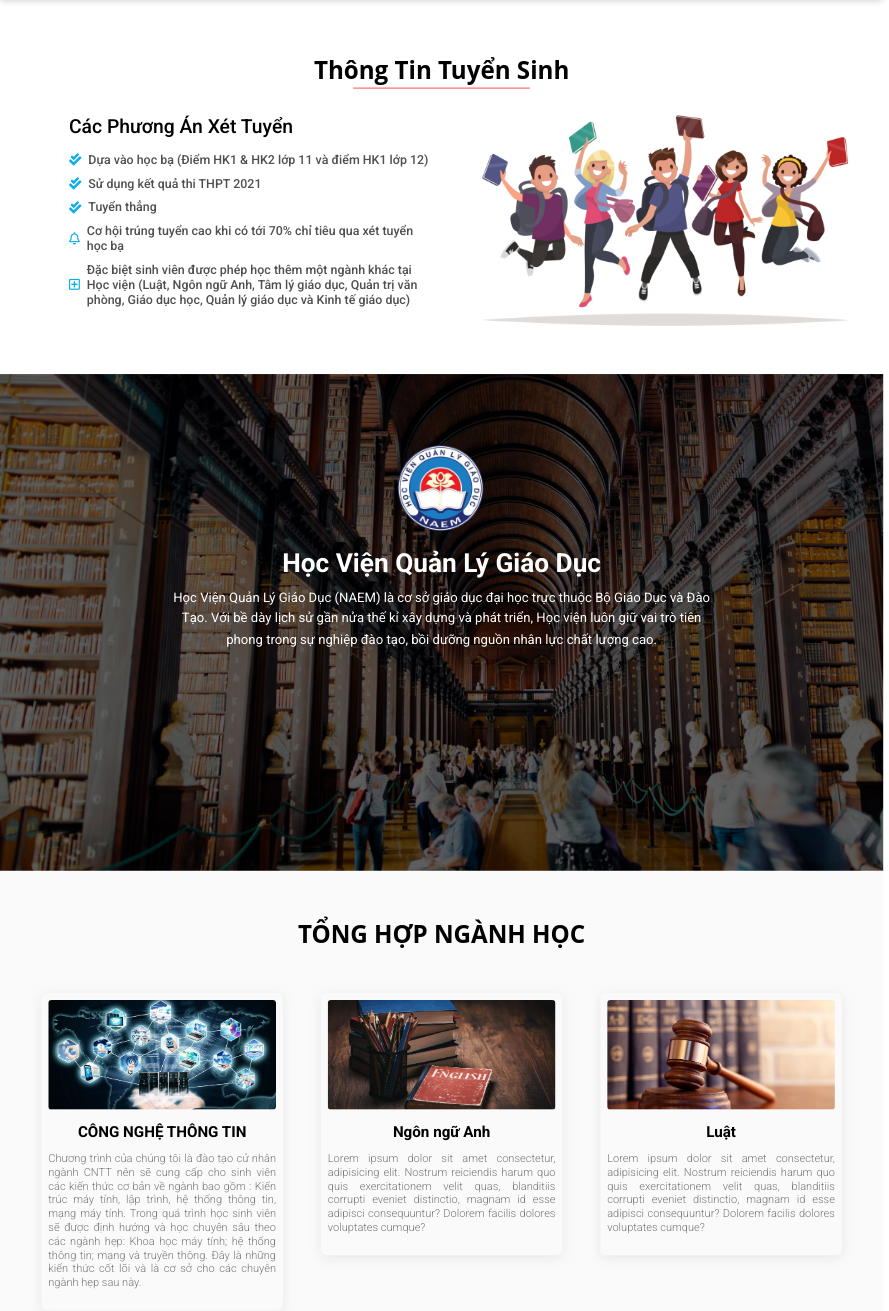
Repository: hongphuck1/trangweb1
Page: index.html
An editor plug-in stored every save of this project. The page is shown before and after the next save, followed by the edit.
The browser window is 1280 px wide. The page is 1288 px wide, so the pictures cover 1288 px, including what lies to the right of the window. The pictures show the part of the page from y = 661 to 2561 px (the page is 4941 px tall), at 69% of full size.

Above is the page before, as saved 2021-09-07 09:48:28.

### index.html
<!DOCTYPE html>
<html lang="en">

<head>
  <meta charset="UTF-8" />
  <meta name="viewport" content="width=device-width, initial-scale=1, shrink-to-fit=no" />
  <meta http-equiv="x-ua-compatible" content="ie=edge" />
  <title>Material Design for Bootstrap</title>
  <!-- MDB icon -->
  <link rel="icon" href="img/SSS1.png" type="image/x-icon" />
  <!-- Font Awesome -->
  <link rel="stylesheet" href="https://use.fontawesome.com/releases/v5.15.2/css/all.css" />
  <!-- Google Fonts Roboto -->
  <link rel="stylesheet" href="https://fonts.googleapis.com/css2?family=Roboto:wght@300;400;500;700;900&display=swap" />
  <!-- MDB -->
  <link rel="stylesheet" href="css/style.css" />
  <link rel="stylesheet" href="css/base.css" />
  <link rel="stylesheet" href="css/grid.css" />
  <link rel="stylesheet" href="css/mdb.min.css" />
</head>

<body>
  <!-- Start your project here-->
  <div class="main">
    <!--Main Navigation-->
    <header>


      <!-- Navbar -->
      <nav class="navbar--opacity navbar navbar-expand-lg navbar-light fixed-top mask-custom shadow-0">
        <div class="container">

          <a class="navbar-brand nav-link" target="_blank" href="https://mdbootstrap.com/docs/standard/">
            <strong style="font-size: 2.2rem;">MRC</strong>
          </a>
          <button class="navbar-toggler navbar-toggler--opacity" type="button" data-mdb-toggle="collapse"
            data-mdb-target="#navbarSupportedContent" aria-controls="navbarSupportedContent" aria-expanded="false"
            aria-label="Toggle navigation">
            <i style="color: #ccc" class="fas fa-bars"></i>
          </button>
          <div class="collapse navbar-collapse" id="navbarSupportedContent">
            <ul class="navbar-nav me-auto mb-2 mb-lg-0">
              <li class="nav-item active">
                <a class="nav-link" aria-current="page" href="#intro">Giới thiệu</a>
              </li>
              <li class="nav-item">
                <a class="nav-link" href="https://www.facebook.com/MRC.NAEM" rel="nofollow" target="_blank">Hỏi đáp</a>
              </li>
              <li class="nav-item">
                <a class="nav-link" href="https://www.facebook.com/MRC.NAEM" target="_blank">Bài viết</a>
              </li>
              <li class="nav-item">
                <a class="nav-link" href="https://www.facebook.com/messages/t/101815085369835" target="_blank">Liên
                  hệ</a>
              </li>
            </ul>
            <ul class="navbar-nav list-inline">
              <!-- Icons -->
              <li class="">
                <a class="nav-link" href="https://www.youtube.com/channel/UCjl0s7v8m8V4IzuAS1fH-iA" rel="nofollow"
                  target="_blank">
                  <i class="fab fa-youtube"></i>
                </a>
              </li>
              <li class="">
                <a class="nav-link" href="https://www.facebook.com/MRC.NAEM" rel="nofollow" target="_blank">
                  <i class="fab fa-facebook-f"></i>
                </a>
              </li>
              <li class="nav-item">
                <a class="nav-link" href="https://www.tiktok.com/@mrcnaem" rel="nofollow" target="_blank">
                  <i class="fab fa-tiktok"></i>
                </a>
              </li>
              <li class="nav-item">
                <a class="nav-link" href="tel: 0349167687" rel="nofollow" target="_blank">
                  <i class="fas fa-envelope"></i>
                </a>
              </li>
            </ul>
          </div>
        </div>
      </nav>

      <!-- Carousel wrapper -->
      <div id="introCarousel" class="carousel slide carousel-fade shadow-2-strong" data-mdb-ride="carousel">
        <!-- Indicators -->
        <ol class="carousel-indicators">
          <li data-mdb-target="#introCarousel" data-mdb-slide-to="0" class="active"></li>
          <li data-mdb-target="#introCarousel" data-mdb-slide-to="1"></li>
          <li data-mdb-target="#introCarousel" data-mdb-slide-to="2"></li>
        </ol>

        <!-- Inner -->
        <div class="carousel-inner">
          <!-- Single item -->
          <div class="carousel-item active">
            <div class="mask" style="background-color: rgba(0, 0, 0, 0.6);">
              <div class="d-flex justify-content-center align-items-center h-100">
                <div class="text-white text-center">
                  <h1 style="font-size: 2.4rem;" class="mb-3">CLB TUYỂN SINH VÀ TRUYỀN THÔNG - MRC NAEM</h1>
                  <h5 style="font-size: 1.2rem;" class="mb-4">Hỗ trợ tư vấn - hướng nghiệp, trả lời những thắc mắc cho
                    học sinh và phụ huynh.</h5>

                  <a style="font-size: 1.8rem; " class="btn-DANGKI btn btn-outline-light btn-lg m-2"
                    href="https://www.facebook.com/MRC.NAEM" target="_blank" role="button">Đăng kí ngay</a>
                </div>
              </div>
            </div>
          </div>

          <!-- Single item -->
          <div class="carousel-item">
            <div class="mask" style="background-color: rgba(0, 0, 0, 0.3);">
              <div class="d-flex justify-content-center align-items-center h-100">
                <div class="text-white text-center">
                  <h1 style="font-size: 2.4rem;" class="mb-3">CLB TUYỂN SINH VÀ TRUYỀN THÔNG - MRC NAEM</h1>
                  <h5 style="font-size: 1.2rem;" class="mb-4">Hỗ trợ tư vấn - hướng nghiệp, trả lời những thắc mắc cho
                    học sinh và phụ huynh.</h5>

                  <a style="font-size: 1.8rem; " class="btn-DANGKI btn btn-outline-light btn-lg m-2"
                    href="https://www.facebook.com/MRC.NAEM" target="_blank" role="button">Đăng kí ngay</a>
                </div>
              </div>
            </div>
          </div>

          <!-- Single item -->
          <div class="carousel-item">
            <div class="mask" style="
                background: linear-gradient(
                  45deg,
                  rgba(29, 236, 197, 0.7),
                  rgba(91, 14, 214, 0.7) 100%
                );
              ">
              <div class="d-flex justify-content-center align-items-center h-100">
                <div class="text-white text-center">
                  <h1 style="font-size: 2.4rem;" class="mb-3">CLB TUYỂN SINH VÀ TRUYỀN THÔNG - MRC NAEM</h1>
                  <h5 style="font-size: 1.2rem;" class="mb-4">Hỗ trợ tư vấn - hướng nghiệp, trả lời những thắc mắc cho
                    học sinh và phụ huynh.</h5>

                  <a style="font-size: 1.8rem; " class="btn-DANGKI btn btn-outline-light btn-lg m-2"
                    href="https://www.facebook.com/MRC.NAEM" target="_blank" role="button">Đăng kí ngay</a>
                </div>
              </div>
            </div>
          </div>
        </div>
        <!-- Inner -->

        <!-- Controls -->
        <a class="carousel-control-prev" href="#introCarousel" role="button" data-mdb-slide="prev">
          <span class="carousel-control-prev-icon" aria-hidden="true"></span>
          <span class="sr-only">Previous</span>
        </a>
        <a class="carousel-control-next" href="#introCarousel" role="button" data-mdb-slide="next">
          <span class="carousel-control-next-icon" aria-hidden="true"></span>
          <span class="sr-only">Next</span>
        </a>
      </div>
      <!-- Carousel wrapper -->
    </header>


    <section>
      <div class="container-body">
        <div class="container-body-name">
          <h1>Thông Tin Tuyển Sinh</h1>
        </div>

        <div class="row">
          <div class="col l-6">
            <div class="container-body-content">
              <h2 class="container-body-content__name">Các Phương Án Xét Tuyển</h2>
              <div class="container-body-content-attention">
                <i class="fas fa-check-double"></i>
                <h4>Dựa vào học bạ (Điểm HK1 & HK2 lớp 11 và điểm HK1 lớp 12)</h4>
              </div>
              <div class="container-body-content-attention">
                <i class="fas fa-check-double"></i>
                <h4>Sử dụng kết quả thi THPT 2021</h4>
              </div>
              <div class="container-body-content-attention">
                <i class="fas fa-check-double"></i>

                <h4>Tuyển thẳng</h4>
              </div>
              <div class="container-body-content-attention">
                <i class="far fa-bell"></i>
                <h4>Cơ hội trúng tuyển cao khi có tới 70% chỉ tiêu qua xét tuyển học bạ</h4>
              </div>
              <div class="container-body-content-attention">
                <i class="far fa-plus-square"></i>
                <h4>Đặc biệt sinh viên được phép học thêm một ngành khác tại Học viện (Luật, Ngôn ngữ Anh, Tâm lý giáo
                  dục, Quản trị văn phòng, Giáo dục học, Quản lý giáo dục và Kinh tế giáo dục)</h4>
              </div>
            </div>
          </div>
          <div class="col l-6">
            <div class="container-body-img">
              <img src="img/klipartz.com_-1024x586.png" alt="">
            </div>
          </div>
        </div>


      </div>

      <div class="container-body-review">
        <div class="grid wide">
          <div class="row">
            <div class="col l-12">
              <img src="img/1-1.png" alt="">
              <div class="container-body-review__name">
                Học Viện Quản Lý Giáo Dục
              </div>
              <div class="container-body-review__title">
                Học Viện Quản Lý Giáo Dục (NAEM) là cơ sở giáo dục đại học trực thuộc Bộ Giáo Dục và Đào Tạo. Với bề dày
                lịch sử gần nửa thế kỉ xây dựng và phát triển, Học viện luôn giữ vai trò tiên phong trong sự nghiệp đào
                tạo, bồi dưỡng nguồn nhân lực chất lượng cao.
              </div>
            </div>
          </div>
        </div>
      </div>

      <div class="container-body-subjects">
        <h1>TỔNG HỢP NGÀNH HỌC</h1>

        <div class="grid wide">
          <div class="row">
            <div class="col l-4">
              <div class="container-body-subject">
                <img src="img/congnghethongtin.png" alt="">
                <h2>CÔNG NGHỆ THÔNG TIN</h2>
                <h4>Chương trình của chúng tôi  là đào tạo cử nhân ngành CNTT nên sẽ cung cấp cho sinh viên các kiến thức cơ bản về ngành bao gồm : Kiến trúc máy tính, lập trình, hệ thống thông tin, mạng máy tính. Trong quá trình học sinh viên sẽ được định hướng và học chuyên sâu theo các ngành hẹp: Khoa học máy tính; hệ thống thông tin; mạng và truyền thông.
                  Đây là những kiến thức cốt lõi và là cơ sở cho các chuyên ngành hẹp sau này.</h4>
              </div>
            </div>
            <div class="col l-4">
              <div class="container-body-subject">
                <img src="img/ngonguanh.png" alt="">
                <h2>Ngôn ngữ Anh</h2>
                <h4>Lorem ipsum dolor sit amet consectetur, adipisicing elit. Nostrum reiciendis harum quo quis
                  exercitationem velit quas, blanditiis corrupti eveniet distinctio, magnam id esse adipisci
                  consequuntur? Dolorem facilis dolores voluptates cumque?</h4>
              </div>
            </div>
            <div class="col l-4">
              <div class="container-body-subject">
                <img src="img/luat.png" alt="">
                <h2>Luật</h2>
                <h4>Lorem ipsum dolor sit amet consectetur, adipisicing elit. Nostrum reiciendis harum quo quis
                  exercitationem velit quas, blanditiis corrupti eveniet distinctio, magnam id esse adipisci
                  consequuntur? Dolorem facilis dolores voluptates cumque?</h4>
              </div>
            </div>

          </div>
          <div class="row">
            <div class="col l-4">
              <div class="container-body-subject">
                <img src="img/quantrivanphong.png" alt="">
                <h2>Quản trị văn phòng</h2>
                <h4>Lorem ipsum dolor sit amet consectetur, adipisicing elit. Nostrum reiciendis harum quo quis
                  exercitationem velit quas, blanditiis corrupti eveniet distinctio, magnam id esse adipisci
                  consequuntur? Dolorem facilis dolores voluptates cumque?</h4>
              </div>
            </div>
            <div class="col l-4">
              <div class="container-body-subject">
                <img src="img/kinhtegiaoduc.png" alt="">
                <h2>Kinh tế giáo dục</h2>
                <h4>Lorem ipsum dolor sit amet consectetur, adipisicing elit. Nostrum reiciendis harum quo quis
                  exercitationem velit quas, blanditiis corrupti eveniet distinctio, magnam id esse adipisci
                  consequuntur? Dolorem facilis dolores voluptates cumque?</h4>
              </div>
            </div>
            <div class="col l-4">
              <div class="container-body-subject">
                <img src="img/quanlygiaoduc.png" alt="">
                <h2>
                  Quản lý giáo dục</h2>
                <h4>Lorem ipsum dolor sit amet consectetur, adipisicing elit. Nostrum reiciendis harum quo quis
                  exercitationem velit quas, blanditiis corrupti eveniet distinctio, magnam id esse adipisci
                  consequuntur? Dolorem facilis dolores voluptates cumque?</h4>
              </div>
            </div>

          </div>
          <div class="row">
            <div class="col l-4">
              <div class="container-body-subject">
                <img src="img/tamlyhocgiaoduc.png" alt="">
                <h2>Tâm lý học giáo dục</h2>
                <h4>Lorem ipsum dolor sit amet consectetur, adipisicing elit. Nostrum reiciendis harum quo quis
                  exercitationem velit quas, blanditiis corrupti eveniet distinctio, magnam id esse adipisci
                  consequuntur? Dolorem facilis dolores voluptates cumque?</h4>
              </div>
            </div>
            <div class="col l-4">
              <div class="container-body-subject">
                <img src="img/giaoduchoc.png" alt="">
                <h2>Giáo dục học</h2>
                <h4>Lorem ipsum dolor sit amet consectetur, adipisicing elit. Nostrum reiciendis harum quo quis
                  exercitationem velit quas, blanditiis corrupti eveniet distinctio, magnam id esse adipisci
                  consequuntur? Dolorem facilis dolores voluptates cumque?</h4>
              </div>
            </div>
            <div class="col l-4">
              <div class="container-body-subject">
                <img src="img/kinhte.png" alt="">
                <h2>Kinh tế</h2>
                <h4>Lorem ipsum dolor sit amet consectetur, adipisicing elit. Nostrum reiciendis harum quo quis
                  exercitationem velit quas, blanditiis corrupti eveniet distinctio, magnam id esse adipisci
                  consequuntur? Dolorem facilis dolores voluptates cumque?</h4>
              </div>
            </div>

          </div>
        </div>

    </section>

  </div>
  <!--Main Navigation-->
  <!-- End your project here-->

  <!-- MDB -->
  <script type="text/javascript" src="js/mdb.min.js"></script>
  <!-- Custom scripts -->
  <script type="text/javascript"></script>
</body>

</html>

### css/style.css

.main {

    height: 1000px;
}

/* Carousel styling */
#introCarousel,
.carousel-inner,
.carousel-item,
.carousel-item.active {
  height: 100vh;
}

.carousel-item:nth-child(1) {
  background-image: url('https://mdbootstrap.com/img/Photos/Others/images/76.jpg');
  background-repeat: no-repeat;
  background-size: cover;
  background-position: center center;
}

.carousel-item:nth-child(2) {
  background-image: url('https://mdbootstrap.com/img/Photos/Others/images/77.jpg');
  background-repeat: no-repeat;
  background-size: cover;
  background-position: center center;
}

.carousel-item:nth-child(3) {
  background-image: url('https://mdbootstrap.com/img/Photos/Others/images/78.jpg');
  background-repeat: no-repeat;
  background-size: cover;
  background-position: center center;
}

/* Height for devices larger than 576px */
@media (min-width: 992px) {
  #introCarousel {
    margin-top: -58.59px;
  }
}

.navbar .nav-link {
  color: #fff !important;
}



/* trèn đè css boottraps */

.nav-link {
  /* padding: 1.2rem 1rem !important; */
  font-size: 1.6rem;
  padding-right: 20px !important;
}

.nav-link:hover {
  /* padding: 1.2rem 1rem !important; */
  color: yellow !important;
  transition: color 0.5s ;
}


.btn-DANGKI:hover {
  color: yellow !important;
  border: 1px solid yellow !important;
  transition: 0.5s ;
}

.navbar-dark .navbar-toggler, .navbar-light .navbar-toggler {
  display: block;
}

.navbar--opacity {
  background-color: rgba(1,1,1,0.2);
}


@media only screen and (max-width: 600px) {
 .text-center h1 {
    font-size: 2.7rem !important;
    padding: 20px 0;
  }
  .carousel-control-next, .carousel-control-prev{
    display: none !important;
  }
  .text-center h5{
    padding: 0 20px;
    line-height: 1.9rem !important;
    font-size: 1.4rem !important;
  }
}


@import url('https://fonts.googleapis.com/css2?family=Poppins:wght@300;400;600;700&display=swap');
  :root {
    --primary: #08aeea;
    --secondary: #13D2B8;
    --purple: #bd93f9;
    --pink: #ff6bcb;
    --blue: #8be9fd;
    --gray: #333;
    --font: "Poppins", sans-serif;
    --gradient: linear-gradient(40deg, #ff6ec4, #7873f5);
    --shadow: 0 0 15px 0 rgba(0,0,0,0.05);
  }
  *,
  *:before,
  *:after {
    box-sizing: border-box;
  }
  html {
    font-size: 62.5%;
  }

  body {
    font-family: var(--font);
    font-size: 1.4rem;
    overflow-x: hidden;
    font-weight: 300;
  }

  img {
    display: block;
    max-width: 100%;
  }

  a {
    text-decoration: none;
  }

  input,
  button,
  textarea,
  select {
    font-family: var(--font);
    font-size: 1.4rem;
    font-weight: 300;
    outline: none;
    border: 0;
    margin: 0;
    padding: 0;
    border-radius: 0;
    -webkit-appearance: none;
  }

  button {
    cursor: pointer;
  }

          .simple-card {
            background-color: white;
            border-radius: 2rem;
            padding: 1.5rem;
            box-shadow: var(--shadow);
          }
          .simple-card-image {
            position: relative;
            height: 0;
            padding-bottom: 56.25%;
          }
          .simple-card-image > img {
            position: absolute;
            top: 0;
            left: 0;
            width: 100%;
            height: 100%;
            object-fit: cover;
            border-radius: 1rem;
          }
          .simple-card-content {
            padding: 3rem 1rem;
          }
          .simple-card-title {
            font-weight: 500;
            font-size: 2rem;
            line-height: 1.6;
            margin-bottom: 1.5rem;
            color: #2b2b2b;
          }
          .simple-card-desc {
            color: #c7cbdc;
            font-weight: 300;
            line-height: 1.6;
            font-size: 1.4rem;
            margin-bottom: 3rem;
          }
          .simple-card-line {
            width: 30%;
            height: 2px;
            margin-left: auto;
            background-color: var(--primary);
          }

          .container-body{
            padding-top: 40px;
            padding-bottom: 70px;
          }
          .container-body-name{
            text-align: center;
            padding: 40px 0 ;
          }
          .container-body-name h1{
            color: #000000;
            font-family: "Open Sans", Sans-serif;
            font-size: 35px;
            font-weight: 700;
            text-transform: capitalize;
            position: relative;
          }

          .container-body-name::after {
            content: "";
            position: absolute;
            width: 20%;
            height: 1px;
            top: ;
            margin: auto;
            transform: translateX(-50%);
            background-color: red;
          }

          .container-body-content{
           padding-left: 100px;
          }
          .container-body-content__name{
           font-size: 2.8rem;
           color: #000000;
           padding-bottom: 10px;
          }
          .container-body-content-attention{
          display: flex;
          align-items: center;
          padding: 4px 0;
          }
          .container-body-content-attention i{
            transform: translateY(-15%);
            padding-right: 10px;
            font-size: 1.8rem;
            color: var(--primary);
          }
          .container-body-content-attention h4{
            font-size: 1.8rem;
          }

          .container-body-img{
          padding: 0 50px ;
          }

.container-body-review {
  background-image: url(../img/Thiết\ kế\ không\ tên.png);
  background-repeat: no-repeat;
  background-size: cover;
  height: 100vh;
}

.container-body-review img {
  width: 150px;
  margin: auto;
  padding-top: 90px;
}


.container-body-review__name, .container-body-review__title {
  text-align: center;
  color: white;
padding-top: 20px;
}

.container-body-review__name {
  font-size: 3.8rem;
  padding: 4px 0;
  font-weight: 600;
}

.container-body-review__title {
  font-size: 1.9rem;
  padding: 0 200px;
}



/* TỔNG HỢP NGÀNH HỌC */

.container-body-subjects{
  padding: 70px 0;
  background-color: #fafafa;
}

.container-body-subjects h1 {
  text-align: center;
  padding-bottom: 40px;
  color: rgb(0, 0, 0);
    font-family: "Open Sans", sans-serif;
    font-size: 35px;
    font-weight: 700;
    text-transform: capitalize;
}

.container-body-subject {
  /* background-color: #c2c9dd; */
  text-align: center;
  color: #000000;
  margin: 20px;
  box-shadow: rgb(215 215 215 / 50%) 0px 4px 16px;
  border-radius: 8px;
  cursor: pointer;
}

.container-body-subject img {
  width: 100%;
  padding: 10px;
  border-radius: 15px;

}

.container-body-subject h2{
  padding: 10px 0;
  font-weight: 600;
  font-size: 2.2rem;
}

.container-body-subject h4{
  padding:  0 10px 30px;
  line-height: 2.0rem;
  text-align: justify;
  font-weight: 300;
  font-size: 1.6rem;
  color: #777;

}

### css/base.css
:root {
    --white-color: #fff;
    --black-color: #000;
    --text-color: rgb(110, 109, 109);
    --primary-color: #6EC1E4;
    --primary-color-sub: #fd3f00;
    --border-color: #dbdbdb;

    --header: 109px;
    --header-top: 36px;
    --navbar-height: 27px;
    --header-with-search-height: calc(var(--header-height) - var(--navbar-height));
    --header-sort-bar-height: 46px;
}


* {
    margin: 0;
    padding: 0;
    box-sizing: border-box;

}
.no-copy__text {
    user-select: none;
}
html {
    font-size: 62.5%;
    line-height: 1.6rem;
    font-family: 'Roboto', sans-serif;

    /* user-select: none;   không cho copy text */
}

body {
    height: 5000px;
}
@media only screen and  (max-width: 1000px) and (min-width: 700px) {
    html {
    }
}

Loaded but not shown: css/mdb.min.css (library); js/mdb.min.js (library); css/grid.css (590 lines, source omitted)

After the next save:
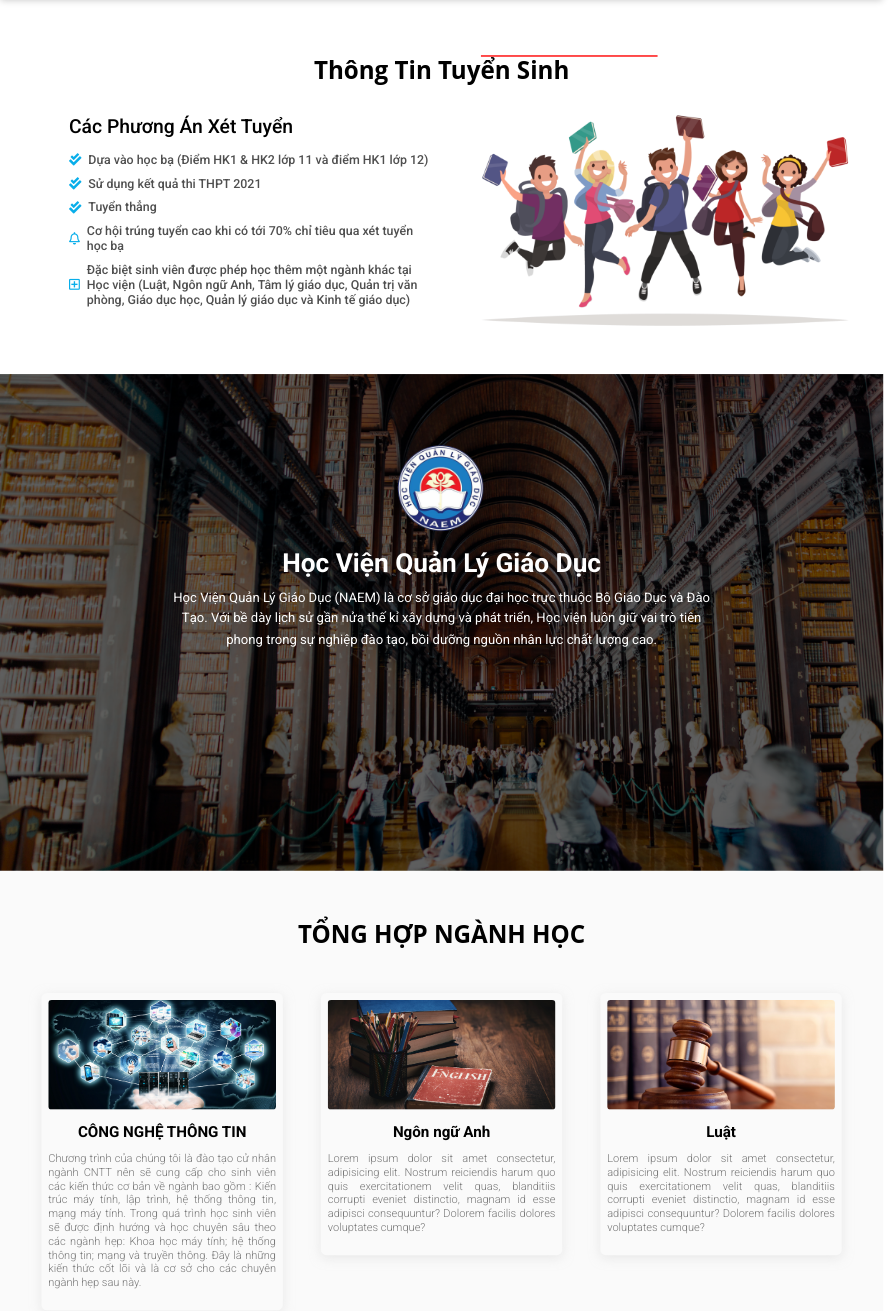
Saved 2 min 49 s later.
--- a/css/style.css
+++ b/css/style.css
@@ -209,12 +209,11 @@
             position: relative;
           }
 
-          .container-body-name::after {
+          .container-body-name h1::after {
             content: "";
             position: absolute;
             width: 20%;
-            height: 1px;
-            top: ;
+            height: 2px;
             margin: auto;
             transform: translateX(-50%);
             background-color: red;
